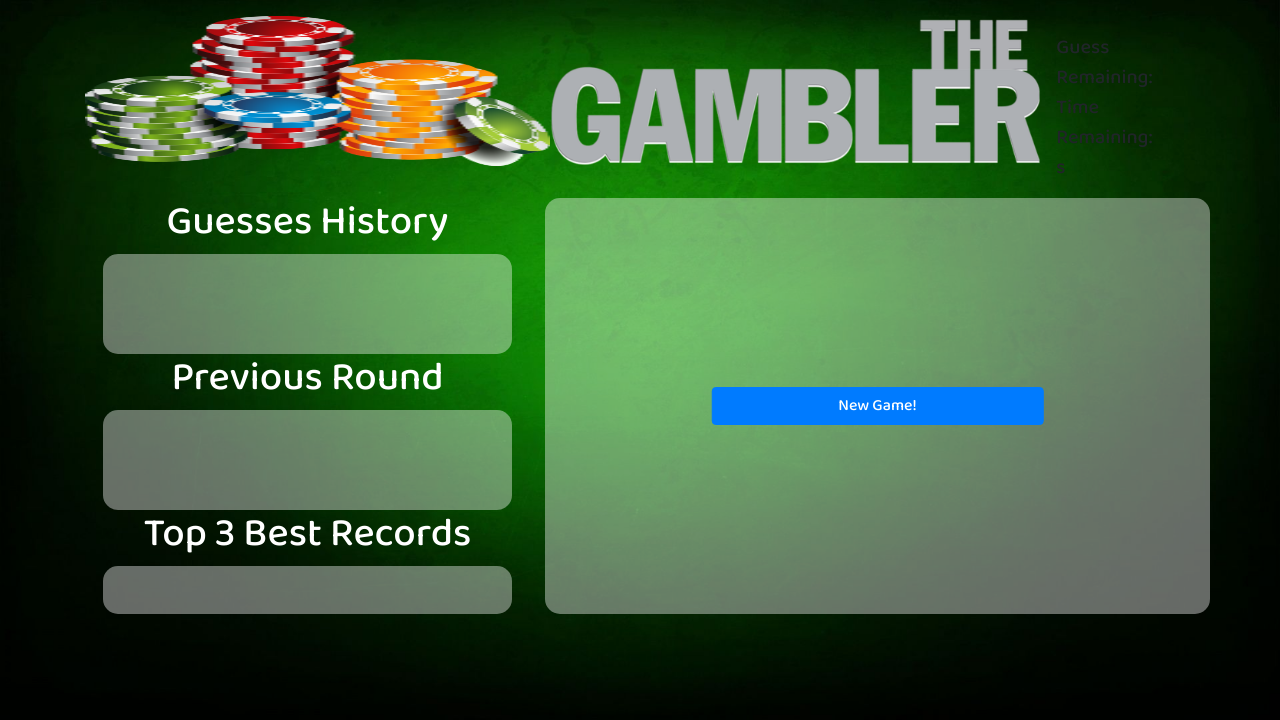
Repository: tts2610/TheCheapShootingGame
Page: index.html
The author's editor kept a copy of each file at every save. The page is drawn from the files as they stood at one save, then again after the next save.
The browser window is 1280 px wide. The pictures show the whole page.

Above is the page before, as saved 2020-05-15 12:21:07.

### index.html
<!DOCTYPE html>
<html lang="en">

<head>
    <meta charset="UTF-8">
    <meta name="viewport" content="width=device-width, initial-scale=1.0">
    <title>Document</title>
    <link rel="stylesheet" href="https://maxcdn.bootstrapcdn.com/bootstrap/4.4.1/css/bootstrap.min.css">

    <!-- jQuery library -->
    <script src="https://ajax.googleapis.com/ajax/libs/jquery/3.4.1/jquery.min.js"></script>

    <!-- Popper JS -->
    <script src="https://cdnjs.cloudflare.com/ajax/libs/popper.js/1.16.0/umd/popper.min.js"></script>

    <!-- Latest compiled JavaScript -->
    <script src="https://maxcdn.bootstrapcdn.com/bootstrap/4.4.1/js/bootstrap.min.js"></script>

    <link href="https://fonts.googleapis.com/css2?family=Baloo+2:wght@500&display=swap" rel="stylesheet">

    <link rel="stylesheet" href="css/style.css">

</head>

<body>
    <div aria-live="polite" aria-atomic="true" style="position: relative;">
        <div style="position: absolute; top: 20px; right: 20px;" id="toast-container">
        </div>
    </div>
    <section class="container pb-5 pt-3 numberGuessingBox">
        <div class="img-container">
            <img class="center mb-3" src="img/chips.png" width="auto" height="150">
            <img class="center mb-3" src="img/gambler.png" width="auto" height="150">
            <!-- <img class="center mb-3" src="img/cards.png" width="auto" height="150"> -->
            <div class="result my-3" style="width: auto; height: 150px; font-size: 20px;">
                <div class="col">Guess Remaining:
                    <span id="guessRemaining"></span>
                </div>
                <div class="col">Time Remaining:
                    <div id="secondRemaining">s</div>
                </div>
            </div>
        </div>

        <div class="row">
            <div class="col-5 left_handSide px-5">
                <h1 style="text-align: center;">Guesses History</h1>
                <div class="row box-1 py-4 px-4" id="guessHistory">

                </div>
                <h1 style="text-align: center;">Previous Round</h1>
                <div class="row box-3 py-2 px-4" id="previousRound">

                </div>
                <h1 style="text-align: center;">Top 3 Best Records</h1>
                <div class="row box-2 py-4 px-4" id="ranking">

                </div>

            </div>
            <div class="col-7 right_handSide px-5">
                <!-- <button onclick="startGame()" class="btn btn-light" id="startGameBtn">New Game!</button> -->

                <button type="button" class="btn btn-primary" id="startGameBtn" data-toggle="modal" data-target="#exampleModal">
                    New Game!
                  </button>

                <canvas id="myCanvas">

                </canvas>


                <!-- <div id="inputDiv">
                    <div class="form customForm py-5">
                        <input type="number" class="form-control" id="guessInput" placeholder="Enter your guess here:" autofocus="autofocus" required>
                        <div class="submitBtn">
                            <button type="button" class="btn btn-primary mt-4" onclick="guessSubmit()" id="guessBtn">Guess</button>
                            <button type="button" class="btn btn-danger mt-4" onclick="reset()" id=resetBtn>Reset</button>
                        </div>
                    </div>

                    <div class="result my-3">
                        <div>Guess Remaining:
                            <span id="guessRemaining"></span>
                        </div>
                        <div>Time Remaining:
                            <div id="secondRemaining">s</div>
                        </div>
                    </div>
                </div> -->


            </div>
        </div>
    </section>

    <script src="js/script.js"></script>
</body>

<!-- Modal -->
<div class="modal fade" id="exampleModal" tabindex="-1" role="dialog" aria-labelledby="exampleModalLabel" aria-hidden="true">
    <div class="modal-dialog" role="document">
        <div class="modal-content">
            <div class="modal-header">
                <h5 class="modal-title" id="exampleModalLabel">Modal title</h5>
                <button type="button" class="close" data-dismiss="modal" aria-label="Close">
            <span aria-hidden="true">&times;</span>
          </button>
            </div>
            <div class="modal-body">
                ...
            </div>
            <div class="modal-footer">
                <button type="button" class="btn btn-primary" data-dismiss="modal" onclick="startGame()">Save changes</button>
            </div>
        </div>
    </div>
</div>

</html>

### css/style.css
body {
    font-family: 'Baloo 2', cursive;
    background: url(../img/bg.jpg) no-repeat center center fixed;
    background-size: 100% 100%;
    height: 100%;
    position: absolute;
    width: 100%;
}

h1 {
    color: white;
}

::-webkit-scrollbar {
    -webkit-appearance: none;
    width: 7px;
}

 ::-webkit-scrollbar-thumb {
    border-radius: 4px;
    background-color: rgba(0, 0, 0, .5);
    box-shadow: 0 0 1px rgba(255, 255, 255, .5);
}

.numberGuessingBox .row .left_handSide .box-1 {
    background-color: rgb(255, 255, 255);
    /* Fallback color */
    background-color: rgba(255, 255, 255, 0.4);
    height: 100px;
    border-radius: 15px;
    display: flex;
    flex-direction: column;
}

.numberGuessingBox .row .left_handSide .box-2 {
    background-color: rgb(255, 255, 255);
    /* Fallback color */
    background-color: rgba(255, 255, 255, 0.4);
    height: auto;
    border-radius: 15px;
    display: flex;
    flex-direction: column;
}

.numberGuessingBox .row .left_handSide .box-3 {
    background-color: rgb(255, 255, 255);
    /* Fallback color */
    background-color: rgba(255, 255, 255, 0.4);
    height: 100px;
    border-radius: 15px;
    overflow-y: auto;
}

.numberGuessingBox .row .right_handSide {
    background-color: rgb(255, 255, 255);
    /* Fallback color */
    background-color: rgba(255, 255, 255, 0.4);
    /* Black w/opacity/see-through */
    border-radius: 15px;
    width: auto;
    color: white;
    font-weight: bold;
}

.numberGuessingBox .row .right_handSide .customForm {
    width: 50%;
    position: absolute;
    top: 30%;
    left: 50%;
    transform: translate(-50%, -50%);
}

.result {
    /* width: 50%; */
    /* position: absolute;
    top: 65%;
    left: 50%; */
    /* transform: translate(-50%, -50%);
    font-size: medium;
    text-align: center; */
}

.numberGuessingBox .row .right_handSide .customForm .submitBtn {
    display: flex;
    justify-content: space-around;
}

#inputDiv {
    display: none;
}

#startGameBtn {
    width: 50%;
    position: absolute;
    top: 50%;
    left: 50%;
    transform: translate(-50%, -50%);
}

#ranking {
    display: flex;
    flex-direction: inherit;
}

.center {
    display: block;
    margin-left: auto;
    margin-right: auto;
    width: 50%;
}

.base-timer {
    position: relative;
    width: 100px;
    height: 100px;
}

.base-timer__svg {
    transform: scaleX(-1);
}

.base-timer__circle {
    fill: none;
    stroke: none;
}

.base-timer__path-elapsed {
    stroke-width: 7px;
    stroke: grey;
}

.base-timer__path-remaining {
    stroke-width: 7px;
    stroke-linecap: round;
    transform: rotate(90deg);
    transform-origin: center;
    transition: 1s linear all;
    fill-rule: nonzero;
    stroke: currentColor;
}

.base-timer__path-remaining.green {
    color: rgb(65, 184, 131);
}

.base-timer__path-remaining.orange {
    color: orange;
}

.base-timer__path-remaining.red {
    color: red;
}

.base-timer__label {
    position: absolute;
    width: 100px;
    height: 100px;
    top: 0;
    display: flex;
    align-items: center;
    justify-content: center;
    font-size: 24px;
}

.img-container {
    display: flex;
}

### js/script.js
// FOR NEW GAME EFFECT
let canvas = document.getElementById("myCanvas");
let startGameBtn = document.getElementById("startGameBtn");

// VARIABLE FOR CALCULATE
let historyBox = [];
let bestScores = [];
let previousRecord = [];
let guess = 5;
let second = 20;
let randomNumber = Math.floor(Math.random() * 100) + 1;
let timer;

// USER INPUT
// let input = document.getElementById("guessInput");

// LEFT BOXES
let guessHistory = document.getElementById("guessHistory");
let ranking = document.getElementById("ranking");
let previousRound = document.getElementById("previousRound");

// RIGHT BOXES
// let secondRemaining = document.getElementById("secondRemaining");
// let guessRemaining = document.getElementById("guessRemaining");
// let finalResult = document.getElementById("finalResult");

// BUTTONS
// let guessBtn = document.getElementById("guessBtn");
// let resetBtn = document.getElementById("resetBtn");


// TOASTER + TOASTER OUTPUT
let toaster = document.getElementById("toast-container");
let prompts = { 1: "Too Low!", 2: "Too High!", 3: "You already input that number!", 4: "Better luck next time!", 5: "Great Job!", 6: "Please input your number!" }


// =========== MAIN ============

// ENTER KEY PRESSED
// $(document).keypress(function(e) {
//     if (e.which == 13) {
//         $("#guessBtn").click();
//     }
// });

$(document).ready(function() {
    canvas.style.display = "none";
    // input.disabled = true;
    // guessBtn.disabled = true;
    // resetBtn.disabled = true;
});

// NEW-GAME BUTTON PRESSED
function startGame() {
    window.scroll(0, 0);
    toaster.innerHTML = ""
        // secondRemaining.innerHTML = second;
        // timecounting();
        // guessRemaining.textContent = guess;
    loadImages();
    setupKeyboardListeners();
    main();
    displayDiv();
    // enableOrDisableBtn();
    // autoFocus();
}


// GUESS BUTTON PRESSED
function guessSubmit() {
    // if (guessBtn.disabled) return;
    // else if (input.value == '' && !guessBtn.disabled) {
    //     createAlert(6);
    //     return;
    // }
    let result = getResult();
    createAlert(result);

    if ([4, 5].includes(result)) {
        resetToDefault();
        enableOrDisableBtn();
        displayDiv();
        insertPreviousRecord();
    }
    bestScores.sort((a, b) => (a.guessRemain > b.guessRemain) ? -1 : 1);
    guessHistory.innerHTML = "";
    historyBox.forEach(element => {
        var p = document.createElement("p");
        var img = document.createElement("img")
        img.src = "img/dice.png";
        img.width = 60;
        img.height = 60;
        var textnode = document.createTextNode(element); // Create a text node
        p.appendChild(img);
        p.appendChild(textnode);
        guessHistory.append(p);
    });

    if (result == 5) {
        ranking.innerHTML = "";
        bestScores.forEach((element, i) => {
            if (i == 3) {
                return;
            }
            var p = document.createElement("div");
            p.className = "mt-3 mx-4";
            var img = document.createElement("img")
            img.src = "img/" + ++i + ".png";
            img.width = 64;
            img.height = 64;
            var textnode = document.createTextNode("Sean finished with " + (guess - element.guessRemain + 1) + " tries in " + (second - element.timeRemain) + "s!");
            p.appendChild(img);
            p.appendChild(textnode);
            var hr = document.createElement("hr");
            ranking.append(p);
            ranking.append(hr);
        });
    }

    // clear after insert
    // input.value = "";
    autoFocus();
}

// RESET BUTTON PRESSED
function reset() {
    resetToDefault();
    enableOrDisableBtn();
    displayDiv();
}

// ============END-MAIN===========

// =========EXTRA-FUNCTIONS=======

// function enableOrDisableBtn() {
//     if (!input.disabled && !guessBtn.disabled && !resetBtn.disabled) {
//         input.disabled = true;
//         guessBtn.disabled = true;
//         resetBtn.disabled = true;
//     } else {
//         input.disabled = false;
//         guessBtn.disabled = false;
//         resetBtn.disabled = false;
//     }

// }

function displayDiv() {
    if (canvas.style.display === "block" && startGameBtn.style.display === "none") {
        canvas.style.display = "none";
        startGameBtn.style.display = "block";
    } else {
        canvas.style.display = "block";
        startGameBtn.style.display = "none";
    }

}

function resetToDefault() {
    clearInterval(timer);
    guess = 5;
    second = 20;
    historyBox = [];
    guessHistory.innerHTML = "";
    randomNumber = Math.floor(Math.random() * 100) + 1;
}

// function timecounting() {
//     timer = setInterval(() => {
//         if (second == 0) {
//             previousRecord.push(["FAILED", guess, second]);
//             clearInterval(timer);
//             createAlert(4);
//             reset();
//             insertPreviousRecord();
//             return;
//         }
//         second -= 1;
//         secondRemaining.innerHTML = second + "s";
//     }, 1000)

// }

// function getResult() {
//     let result = 0;
//     if (historyBox.includes(input.value)) {
//         result = 3;
//     } else {
//         historyBox.push(input.value);
//         if (input.value == randomNumber) {
//             bestScores.push({ guessRemain: guess, timeRemain: second });
//             previousRecord.push(["SUCCEED", guess - 1, second])
//             return 5;
//         } else if (input.value < randomNumber) {
//             result = 1;
//         } else if (input.value > randomNumber) {
//             result = 2;
//         }
//         guessRemaining.textContent = --guess;
//         if (guess == 0) {
//             result = 4;
//             previousRecord.push(["FAILED", guess, second])
//         }
//     }
//     return result;
// }


function createAlert(alertType) {

    let alertColor = [1, 2, 3, 4, 6].includes(alertType) ? "btn-danger" : "btn-info";
    let text = prompts[alertType];

    text += [4, 5].includes(alertType) ? "! Try another round to rank up!" : "";

    if (toaster.childElementCount > 1 || [4, 5].includes(alertType)) {
        toaster.innerHTML = "";
    }

    toaster.innerHTML += `<div class="toast" id="toast" role="alert" aria-live="assertive" aria-atomic="true" data-delay="5000">
    <div class="toast-body ${alertColor}" style="letter-spacing: 1px;">
        ${text}
    </div>
    </div>`;
    $('.toast').toast('show');
}


function insertPreviousRecord() {
    previousRound.innerHTML = "";
    // just for printing, have to reverse back after printing
    previousRecord.reverse();

    previousRecord.forEach(element => {
        var p = document.createElement("div");
        p.className = "mt-3 mx-4";
        var img = document.createElement("img")
        img.src = element[0] == "FAILED" ? "img/red_cross.png" : "img/green_tick.png";
        img.width = 32;
        img.height = 32;
        var textnode = document.createTextNode(element[0] + " / " + "Finished with " + (guess - element[1]) + " tries in " + (second - element[2]) + "s");
        p.appendChild(img);
        p.appendChild(textnode);

        previousRound.append(p);
    });
    previousRecord.reverse();
}

// function autoFocus() {
//     input.focus();
// }


// FOR THE GAME

ctx = canvas.getContext("2d");
canvas.width = 512;
canvas.height = 480;

let bgReady, heroReady, monsterReady;
let bgImage, heroImage, monsterImage;

let startTime = Date.now();
const SECONDS_PER_ROUND = 30;
let elapsedTime = 0;

function loadImages() {
    bgImage = new Image();
    bgImage.onload = function() {
        // show the background image
        bgReady = true;
    };
    bgImage.src = "img/background.png";
    heroImage = new Image();
    heroImage.onload = function() {
        // show the hero image
        heroReady = true;
    };
    heroImage.src = "img/hero.png";

    monsterImage = new Image();
    monsterImage.onload = function() {
        // show the monster image
        monsterReady = true;
    };
    monsterImage.src = "img/monster.png";
}

/**
 * Setting up our characters.
 *
 * Note that heroX represents the X position of our hero.
 * heroY represents the Y position.
 * We'll need these values to know where to "draw" the hero.
 *
 * The same applies to the monster.
 */

let heroX = canvas.width / 2;
let heroY = canvas.height / 2;

let monsterX = 100;
let monsterY = 100;

/**
 * Keyboard Listeners
 * You can safely ignore this part, for now.
 *
 * This is just to let JavaScript know when the user has pressed a key.
 */
let keysDown = {};

function setupKeyboardListeners() {
    // Check for keys pressed where key represents the keycode captured
    // For now, do not worry too much about what's happening here.
    addEventListener("keydown", function(key) {
        keysDown[key.keyCode] = true;
    }, false);

    addEventListener("keyup", function(key) {
        delete keysDown[key.keyCode];
    }, false);
}


/**
 *  Update game objects - change player position based on key pressed
 *  and check to see if the monster has been caught!
 *
 *  If you change the value of 5, the player will move at a different rate.
 */
let update = function() {
    // Update the time.
    elapsedTime = Math.floor((Date.now() - startTime) / 1000);


    if (38 in keysDown) { // Player is holding up key
        heroY -= 5;
    }
    if (40 in keysDown) { // Player is holding down key
        heroY += 5;
    }
    if (37 in keysDown) { // Player is holding left key
        heroX -= 5;
    }
    if (39 in keysDown) { // Player is holding right key
        heroX += 5;
    }

    if (heroX <= 0) {
        heroX = canvas.width - 32;
    } else if (heroX > canvas.width - 32) {
        heroX = 0;
    }

    if (heroY < 0) {
        heroY = canvas.height - 32;
    } else if (heroY > canvas.height - 32) {
        heroY = 0;
    }

    // Check if player and monster collided. Our images
    // are about 32 pixels big.
    if (
        heroX <= (monsterX + 32) &&
        monsterX <= (heroX + 32) &&
        heroY <= (monsterY + 32) &&
        monsterY <= (heroY + 32)
    ) {
        // Pick a new location for the monster.
        // Note: Change this to place the monster at a new, random location.
        monsterX = Math.abs(Math.floor(Math.random() * canvas.width - 32));
        monsterY = Math.abs(Math.floor(Math.random() * canvas.height - 32));
    }
};

/**
 * This function, render, runs as often as possible.
 */
var render = function() {
    if (bgReady) {
        ctx.drawImage(bgImage, 0, 0);
    }
    if (heroReady) {
        ctx.drawImage(heroImage, heroX, heroY);
    }
    if (monsterReady) {
        ctx.drawImage(monsterImage, monsterX, monsterY);
    }
    ctx.fillText(`Seconds Remaining: ${SECONDS_PER_ROUND - elapsedTime}`, 20, 100);
};

/**
 * The main game loop. Most every game will have two distinct parts:
 * update (updates the state of the game, in this case our hero and monster)
 * render (based on the state of our game, draw the right things)
 */
var main = function() {
    update();
    render();
    // Request to do this again ASAP. This is a special method
    // for web browsers.
    requestAnimationFrame(main);
};

After the next save:
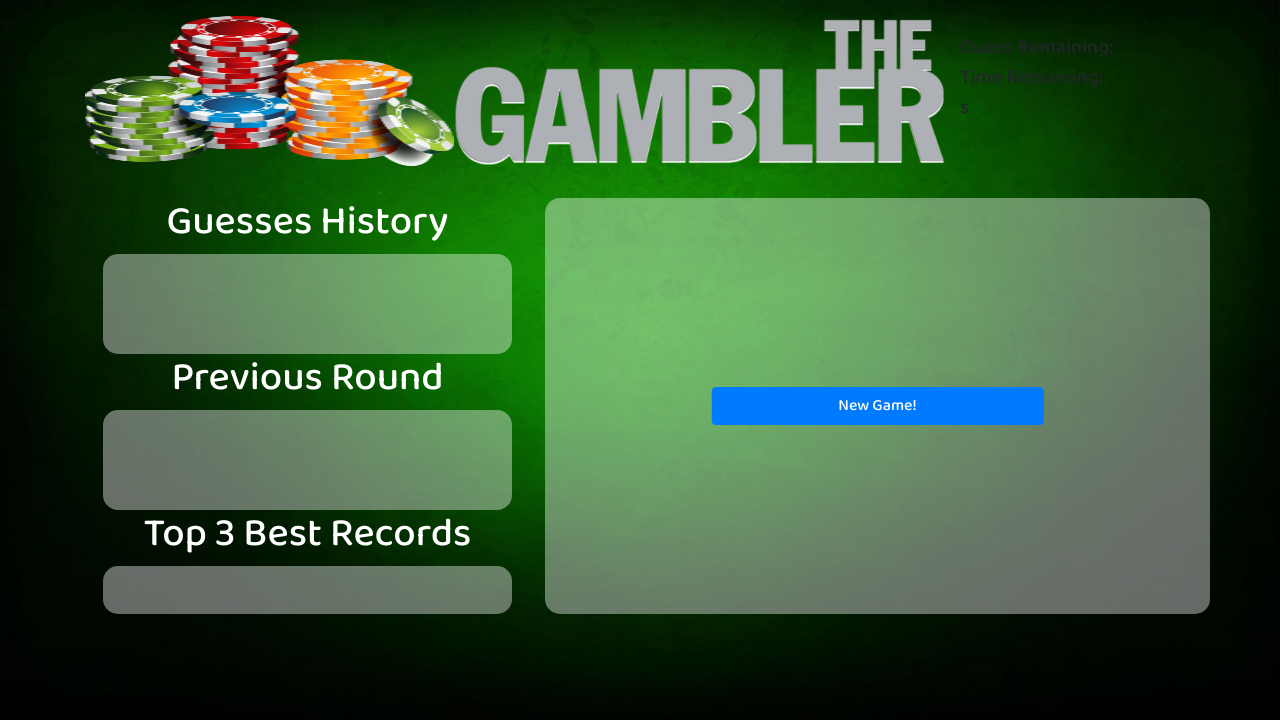
Saved 27 s later.
--- a/index.html
+++ b/index.html
@@ -32,7 +32,7 @@
             <img class="center mb-3" src="img/chips.png" width="auto" height="150">
             <img class="center mb-3" src="img/gambler.png" width="auto" height="150">
             <!-- <img class="center mb-3" src="img/cards.png" width="auto" height="150"> -->
-            <div class="result my-3" style="width: auto; height: 150px; font-size: 20px;">
+            <div class="result my-3" style="min-width:250px ; height: 150px; font-size: 20px;">
                 <div class="col">Guess Remaining:
                     <span id="guessRemaining"></span>
                 </div>
